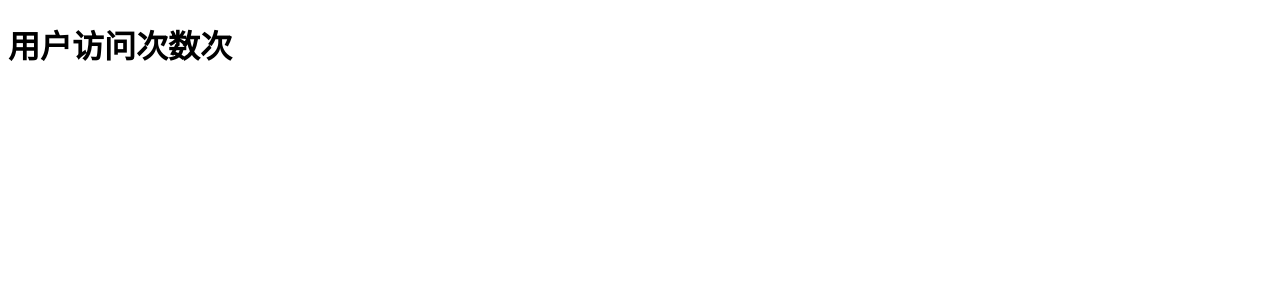
Repository: cbtpro/multi-localforage-demo
Page: /
An editor plug-in stored every save of this project. The page is shown before and after a run of saves, followed by the edit.
The browser window is 1280 px wide. The pictures show the whole page.
The project was rebuilt for these pictures with package versions that can differ from the ones it lists, and the page was loaded fresh each time. Also part of the build but not shown: vite.config.js.

Above is the page before, as saved 2024-09-10 22:45:42.

### src/App.vue
<script setup>
import { ref } from "vue";
import useLocalForage from "./use-local-forage";
import { USER_VISITOR_COUNT, SHOW_NAVIGATOR_BOOL } from "./storage-constants";
import { onMounted } from "vue";

const localForageInstance = useLocalForage({
  name: "test",
  storeName: 'storeName'
});

const visitorCount = ref(0);

const loadStorage = async () => {
  try {
    const data = await localForageInstance.getItem(USER_VISITOR_COUNT);
    visitorCount.value = data;
    debugger
  } catch (error) {
    console.error(error);
  }
};
loadStorage();
const recordVisitorCount = () => {
  localForageInstance.setItem(USER_VISITOR_COUNT, visitorCount.value++);
};
onMounted(() => {
  recordVisitorCount();
});
</script>

<template>
  <h1>用户访问次数{{ visitorCount }}次</h1>
</template>

### src/use-local-forage.ts
import localforage, { config, } from 'localforage';

export const useLocalforage = (options: LocalForageOptions ) => {

  // 配置 localForage
  localforage.config({
    ...config,
    ...options,
  });

  // 定义一个永不过期的标志
  const NEVER_EXPIRES_FLAG = -1;

  /**
   * 设置存储项
   * @param k 键名
   * @param v 值
   * @param expired 过期时间（分钟），默认永不过期
   * @returns Promise
   */
  const setItem = (k: string, v: any, expired: number = -1) => {
    const expiredKey = `${k}__expires__`;
    let exp = 0;

    if (expired === NEVER_EXPIRES_FLAG) {
      exp = NEVER_EXPIRES_FLAG;
    } else if (expired >= 0) {
      exp = Date.now() + 1000 * 60 * expired;
    }

    // 存储过期时间
    localforage.setItem(expiredKey, exp.toString()).catch((err) => {
      console.error('设置过期时间失败:', err);
    });

    // 存储实际数据
    return localforage.setItem(k, v);
  };

  /**
   * 获取存储项
   * @param k 键名
   * @returns Promise<any | null>
   */
  const getItem = async <T> (k: string) : Promise<T | null> => {
    const expiredKey = `${k}__expires__`;

    try {
      const expiredValue = await localforage.getItem<string | null>(expiredKey);

      if (expiredValue === null) {
        // 未设置过期时间，视为不存在
        return null;
      }

      const expiredTime = parseInt(expiredValue, 10);

      if (expiredTime === NEVER_EXPIRES_FLAG) {
        // 永不过期
        return localforage.getItem(k) as T;
      }

      if (expiredTime > Date.now()) {
        // 未过期，返回数据
        return localforage.getItem(k);
      } else {
        // 已过期，删除数据
        removeItem(k);
        removeItem(expiredKey);
        return null;
      }
    } catch (err) {
      console.error('获取数据失败:', err);
      return null;
    }
  };

  /**
   * 删除存储项
   * @param k 键名
   * @returns Promise
   */
  const removeItem = (k: string) => {
    const expiredKey = `${k}__expires__`;
    localforage.removeItem(expiredKey).catch((err) => {
      console.error('删除过期时间失败:', err);
    });
    return localforage.removeItem(k);
  };

  return {
    getItem,
    setItem,
  }
}

export default useLocalforage;

### src/storage-constants.ts
/** 用户访问次数 */
export const USER_VISITOR_COUNT = 'USER_VISITOR_COUNT';

/** 是否显示导航 */
export const SHOW_NAVIGATOR_BOOL = 'SHOW_NAVIGATOR_BOOL';

Loaded but not shown: index.html (common file); src/main.js (common file)

After the next 2 saves:
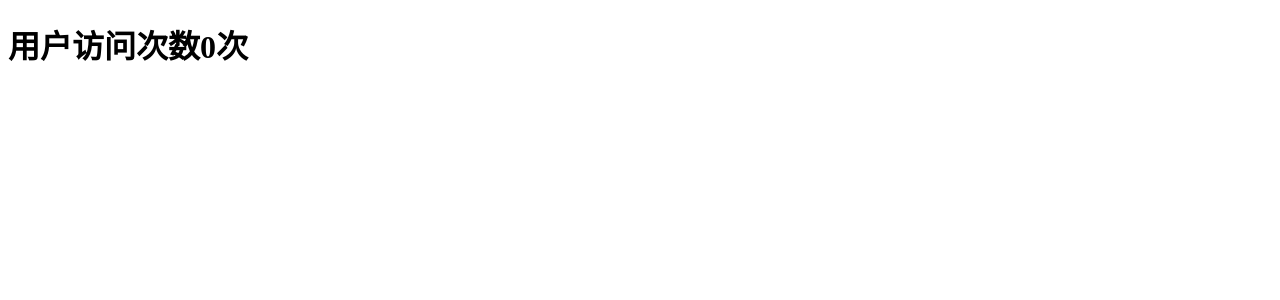
The 2 saves are shown as one change because they came seconds apart.
The last was saved 34 s later.
--- a/src/App.vue
+++ b/src/App.vue
@@ -14,8 +14,7 @@ const visitorCount = ref(0);
 const loadStorage = async () => {
   try {
     const data = await localForageInstance.getItem(USER_VISITOR_COUNT);
-    visitorCount.value = data;
-    debugger
+    visitorCount.value = data || 0;
   } catch (error) {
     console.error(error);
   }
